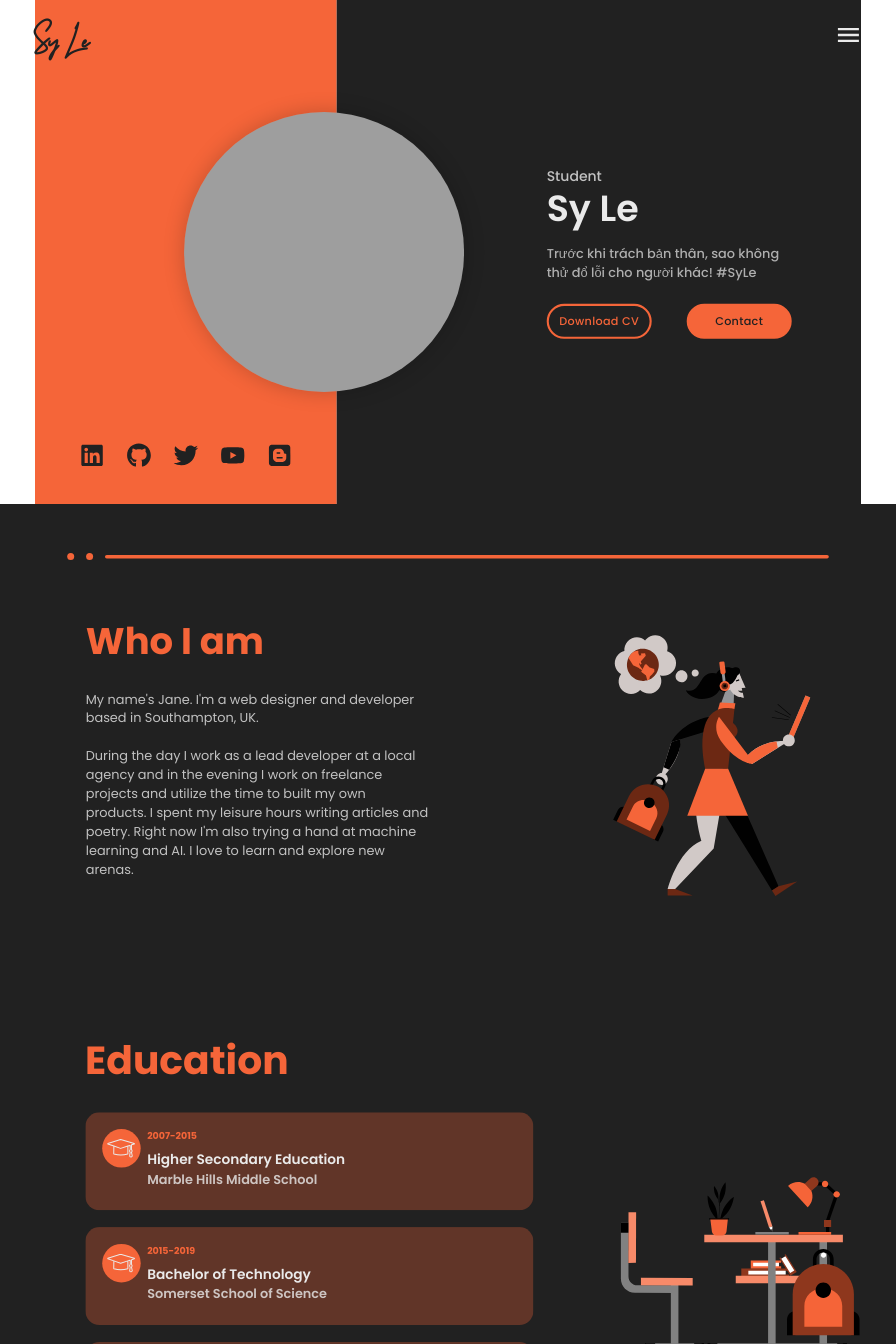
Repository: SyLe-Van/Webite_Subject
Page: / (app in Lab3/Homework/homework4/)
These files come from the project's save history. The page is drawn as it stood at one moment and after the next save; the edit follows.
The browser window is 1280 px wide. The pictures show the part of the page from y = 0 to 1920 px (the page is 7857 px tall), at 70% of full size.
Pictures or frames that could not be fetched are drawn as grey boxes. Some web fonts or font styles are not loaded; a fallback is used. The project was rebuilt for these pictures with package versions that can differ from the ones it lists, and the page was loaded fresh each time. Also part of the build but not shown: Lab3/Homework/homework4/src/pages/Blog/BlogPage.css, Lab3/Homework/homework4/src/pages/Blog/BlogPage.js, Lab3/Homework/homework4/src/pages/Project/ProjectPage.css, Lab3/Homework/homework4/src/pages/Project/ProjectPage.js. Imported but missing from the stored project, and not drawn on this page: Lab3/Homework/homework4/src/assets/pdf/resume.pdf.

Above is the page before, as saved 2023-12-01 15:58:16.

After the next save:
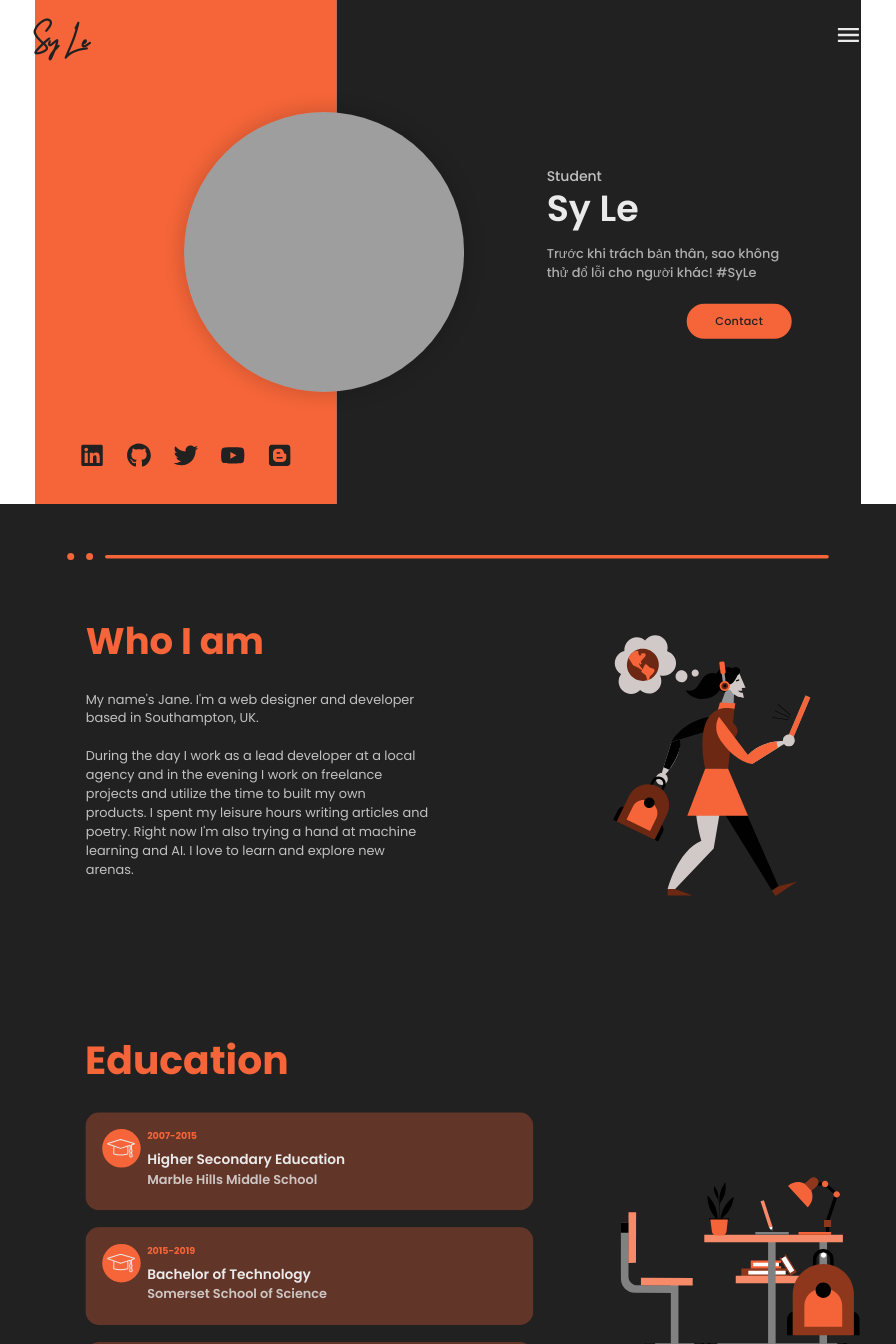
Saved 46 s later.
--- a/Lab3/Homework/homework4/src/components/Landing/Landing.js
+++ b/Lab3/Homework/homework4/src/components/Landing/Landing.js
@@ -171,9 +171,9 @@ function Landing() {
                                     target='_blank'
                                     rel='noreferrer'
                                 >
-                                    <Button className={classes.resumeBtn}>
+                                    {/* <Button className={classes.resumeBtn}>
                                         Download CV
-                                    </Button>
+                                    </Button> */}
                                 </a>
                             )}
                             <NavLink
